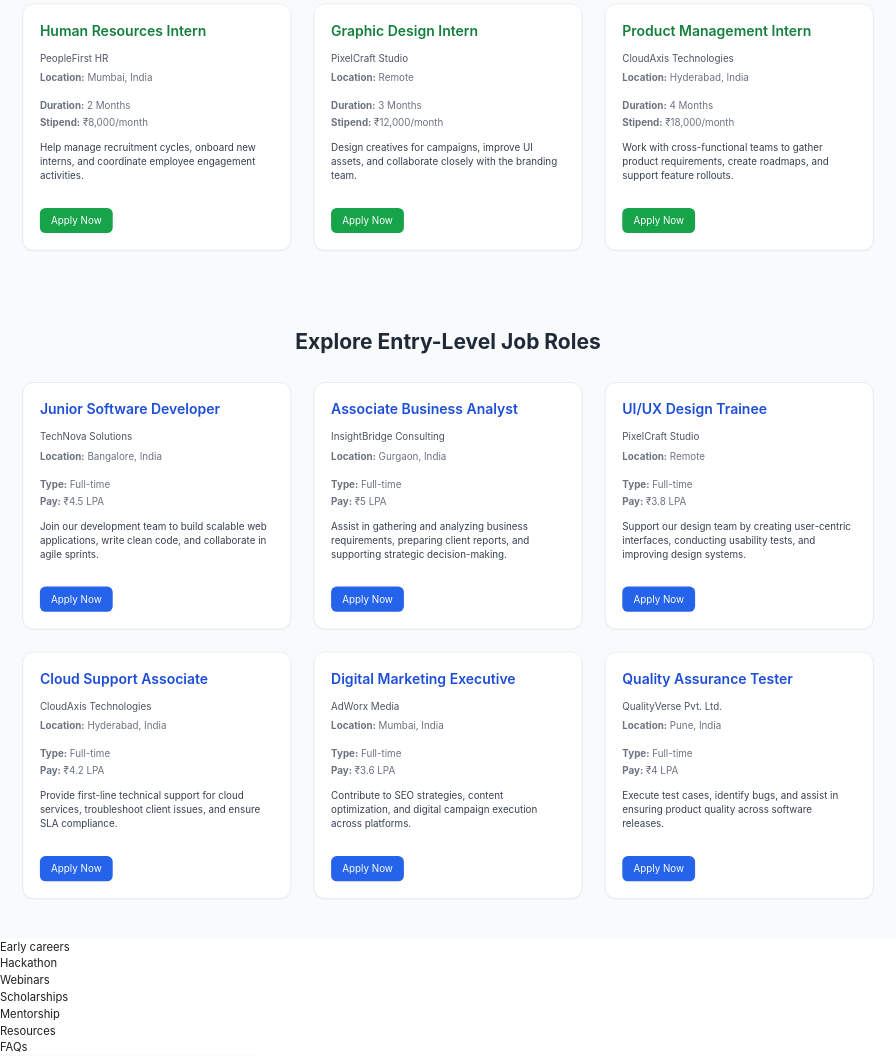
Repository: Siddharthkothiyal/GharPadhaaroCareerWebsite
Page: /students
The author's editor kept a copy of each file at every save. The page is drawn from the files as they stood at one save, then again after the next save.
The browser window is 1280 px wide. The pictures show the part of the page from y = 700 to 2620 px (the page is 2208 px tall before and 2620 px after), at 70% of full size.
The project was rebuilt for these pictures with package versions that can differ from the ones it lists, and the page was loaded fresh each time. Also part of the build but not shown: src/components/CareerPortal/JobListing/JobListings.css, src/components/CareerPortal/JobListing/JobListings.js, src/components/CareerPortal/Header.css, src/components/CareerPortal/ResumeUpload.css, src/components/CareerPortal/ResumeUpload.js, src/components/CareerPortal/Header.js, src/components/CareerPortal/JobListing/JobSearch.css, src/components/CareerPortal/JobListing/JobSearch.js and 10 more.

Above is the page before, as saved 2025-06-21 20:32:08.

### public/index.html
<!DOCTYPE html>
<html lang="en">

<head>
  <meta charset="utf-8" />
  <link rel="icon" href="%PUBLIC_URL%/favicon.ico" />
  <meta name="viewport" content="width=device-width, initial-scale=1" />
  <meta name="theme-color" content="#000000" />
  <meta name="description" content="GharPadharo - Find your perfect stay" />

  <!-- Font Awesome CDN (latest) -->
  <link rel="stylesheet" href="https://cdnjs.cloudflare.com/ajax/libs/font-awesome/6.5.2/css/all.min.css"
    integrity="sha512-SnH5WK+bZxgPHs44uWIX+LLJAJ9/2PkPKZ5QiAj6Ta86w+fsb2TkcmfRyVX3pBnMFcV7oQPJkl9QevSCWr3W6A=="
    crossorigin="anonymous" referrerpolicy="no-referrer" />

  <link rel="apple-touch-icon" href="%PUBLIC_URL%/logo192.png" />
  <title>GharPadharo</title>
</head>

<body>
  <noscript>You need to enable JavaScript to run this app.</noscript>
  <div id="root"></div>
  <!--
      This HTML file is a template.
      If you open it directly in the browser, you will see an empty page.

      You can add webfonts, meta tags, or analytics to this file.
      The build step will place the bundled scripts into the <body> tag.

      To begin the development, run `npm start` or `yarn start`.
      To create a production bundle, use `npm run build` or `yarn build`.
    -->
</body>

</html>

### src/index.css
@tailwind base;
@tailwind components;
@tailwind utilities;

/* You can keep your custom CSS below if needed */

body {
  margin: 0;
  font-family: -apple-system, BlinkMacSystemFont, 'Segoe UI', 'Roboto', 'Oxygen',
    'Ubuntu', 'Cantarell', 'Fira Sans', 'Droid Sans', 'Helvetica Neue',
    sans-serif;
  -webkit-font-smoothing: antialiased;
  -moz-osx-font-smoothing: grayscale;
}

code {
  font-family: source-code-pro, Menlo, Monaco, Consolas, 'Courier New',
    monospace;
}

### src/App.js
import React from 'react';

import { BrowserRouter as Router, Routes, Route } from 'react-router-dom';
import JobListings from './components/CareerPortal/JobListing/JobListings';

import './App.css';
import CareerPortal from './components/CareerPortal';
import Login from './components/Auth/Login';
import Signup from './components/Auth/Signup';
import LandingPage from './components/LandingPage/LandingPage';



import StudentsPage from './components/CareerPortal/StudentsPage/StudentsPage';

// import JobCategory from './components/CareerPortal/JobListing/JobCategory';
// import JobLocation from './components/CareerPortal/JobListing/JobLocation';



function App() {
  return (
    <Router>
      <div className="App">


        <Routes>
          <Route path="/" element={<LandingPage />} />
          <Route path="/careers" element={<CareerPortal />} />
          <Route path="/login" element={<Login />} />
          <Route path="/signup" element={<Signup />} />

          {/* <Route path="/jobs/:category" element={<JobCategory />} />
          <Route path="/jobs/location/:location" element={<JobLocation />} /> */}
          <Route path="/students" element={<StudentsPage />} />
          <Route path="/job-listings" element={<JobListings />} />




        </Routes>
      </div>
    </Router>
  );
}

export default App;

### src/components/CareerPortal/StudentsPage/StudentsPage.js
import React from "react";
import { Element } from "react-scroll";

import Internships from "./sections/Internships";
import FreshersJob from "./sections/FreshersJob";
import EarlyCareers from "./sections/EarlyCareers";
import Hackathon from "./sections/Hackathons";
import Webinars from "./sections/Webinars";
import Scholarships from "./sections/Scholarships";
import Mentorship from "./sections/Mentorship";
import Resources from "./sections/Resources";
import FAQs from "./sections/FAQs";

const StudentsPage = () => {
  return (
    <div className="bg-white">
      {/* Page Header */}
      <section className="bg-blue-700 text-white py-10">
        <div className="max-w-6xl mx-auto text-center px-4">
          <h1 className="text-4xl font-bold">Opportunities for Students</h1>
          <p className="mt-2 text-lg">
            Discover internships, job roles, and resources tailored for students.
          </p>
        </div>
      </section>

      {/* Internships */}
      <Element name="internships">
        <Internships />
      </Element>

      {/* Fresher Jobs */}
      <Element name="fresher-jobs">
        <FreshersJob />
      </Element>

      {/* Early Career Programs */}
      <Element name="early-careers">
        <EarlyCareers />
      </Element>

      {/* Hackathons */}
      <Element name="hackathons">
        <Hackathon />
      </Element>

      {/* Webinars */}
      <Element name="webinars">
        <Webinars />
      </Element>

      {/* Scholarships */}
      <Element name="scholarships">
        <Scholarships />
      </Element>

      {/* Mentorship */}
      <Element name="mentorship">
        <Mentorship />
      </Element>

      {/* Learning Resources */}
      <Element name="resources">
        <Resources />
      </Element>

      {/* FAQs */}
      <Element name="faqs">
        <FAQs />
      </Element>
    </div>
  );
};

export default StudentsPage;

### src/components/CareerPortal/CareerPortal.css
/* GharPadharo Career Portal Styles */
:root {
  --gharpadhaaro-blue: #0866ff;
  --gharpadhaaro-blue-dark: #0756d6;
  --gharpadhaaro-gray: #f0f2f5;
  --gharpadhaaro-text: #1c1e21;
  --gharpadhaaro-text-secondary: #65676b;
  --gharpadhaaro-white: #ffffff;
  --gharpadhaaro-border: #dadde1;
  --gharpadhaaro-success: #42b72a;
  --gharpadhaaro-error: #fa383e;
  --gharpadhaaro-shadow: rgba(0, 0, 0, 0.1);
  --gharpadhaaro-radius: 8px;
  --gharpadhaaro-transition: all 0.2s ease;
}

/* Global Styles */
.career-portal {
  font-family: 'Optimistic Display', -apple-system, BlinkMacSystemFont, 'Segoe UI', Roboto, Oxygen, Ubuntu, Cantarell, 'Open Sans', 'Helvetica Neue', sans-serif;
  color: var(--gharpadhaaro-text);
  line-height: 1.5;
  background-color: var(--gharpadhaaro-white);
}

.container {
  max-width: 1200px;
  margin: 0 auto;
  padding: 0 24px;
}

/* Hero Section */
.hero-section {
  background: linear-gradient(135deg, #0866ff 0%, #535699 100%);
  color: var(--meta-white);
  padding: 100px 0;
  text-align: center;
}

.hero-content {
  max-width: 800px;
  margin: 0 auto;
  padding: 0 24px;
}

.hero-content h1 {
  font-size: 48px;
  font-weight: 700;
  margin-bottom: 24px;
  line-height: 1.2;
}

.hero-content p {
  color: black;
  font-size: 20px;
  margin-bottom: 40px;
  margin-left: 70px;

}

/* Job Search Section */
.job-search-section {
  padding: 60px 0;
  background-color: var(--meta-white);
}

.filters-and-results {
  display: grid;
  grid-template-columns: 300px 1fr;
  gap: 30px;
}

/* Featured Teams Section */
.featured-teams-section {
  padding: 80px 0;
  background-color: var(--meta-gray);
}

.featured-teams-section h2 {
  font-size: 36px;
  font-weight: 700;
  margin-bottom: 16px;
  text-align: center;
}

.featured-teams-section p {
  font-size: 18px;
  color: var(--meta-text-secondary);
  max-width: 700px;
  margin: 0 auto 40px;
  text-align: center;
}

/* Buttons */
.btn {
  display: inline-flex;
  align-items: center;
  justify-content: center;
  padding: 12px 24px;
  border-radius: 0px;
  font-weight: 600;
  font-size: 16px;
  cursor: pointer;
  transition: var(--meta-transition);
  border: none;
}

.btn-primary {
  background-color: var(--meta-blue);
  color: var(--meta-white);
}

.btn-primary:hover {
  background-color: var(--meta-blue-dark);
}

.btn-secondary {
  background-color: var(--meta-gray);
  color: var(--meta-text);
  margin-left: 50px;
}

.btn-secondary:hover {
  background-color: #e4e6eb;
}

/* Form Elements */
.input-group {
  position: relative;
  margin-bottom: 16px;
}

.input-field {
  width: 100%;
  padding: 14px 16px;
  border-radius: var(--meta-radius);
  border: 1px solid var(--meta-border);
  font-size: 16px;
  transition: var(--meta-transition);
}

.input-field:focus {
  border-color: var(--meta-blue);
  outline: none;
  box-shadow: 0 0 0 2px rgba(8, 102, 255, 0.2);
}

/* Responsive */
@media (max-width: 992px) {
  .filters-and-results {
    grid-template-columns: 1fr;
  }

  .hero-content h1 {
    font-size: 36px;
  }

  .hero-content p {
    font-size: 18px;
  }
}

@media (max-width: 576px) {
  .hero-content h1 {
    font-size: 28px;
  }

  .hero-content p {
    font-size: 16px;
  }

  .featured-teams-section h2 {
    font-size: 28px;
  }
}

### src/components/Auth/Auth.css
/* Auth.css - Styles for Login and Signup components */

:root {
  --primary-color: #535699; /* GharPadharo blue */
  --secondary-color: #42B72A; /* GharPadharo green */
  --text-color: #1C1E21;
  --light-text: #606770;
  --error-color: #FA383E;
  --border-color: #DADDE1;
  --background-color: #F0F2F5;
  --card-background: #FFFFFF;
  --hover-color: #E7F3FF;
  --focus-shadow: 0 0 0 2px rgba(83, 86, 153, 0.2);
}

/* Auth Container */
.auth-container {
  display: flex;
  justify-content: center;
  align-items: center;
  min-height: 100vh;
  background-color: var(--background-color);
  padding: 20px;
}

/* Auth Card */
.auth-card {
  background-color: var(--card-background);
  border-radius: 8px;
  box-shadow: 0 2px 4px rgba(0, 0, 0, 0.1), 0 8px 16px rgba(0, 0, 0, 0.1);
  width: 100%;
  max-width: 400px;
  padding: 20px;
}

/* Auth Header */
.auth-header {
  text-align: center;
  margin-bottom: 20px;
}

.auth-logo {
  width: 40px;
  height: 40px;
  margin-bottom: 10px;
}

.auth-header h2 {
  font-size: 24px;
  font-weight: 600;
  color: var(--text-color);
  margin: 0;
}

.gharpadharo-logo{
  width: 60px;
  height: 60px;
}

/* Auth Form */
.auth-form {
  display: flex;
  flex-direction: column;
  gap: 16px;
}

.form-group {
  display: flex;
  flex-direction: column;
}

.form-group label {
  font-size: 14px;
  font-weight: 500;
  margin-bottom: 6px;
  color: var(--text-color);
}

.form-group input {
  padding: 12px 14px;
  border: 1px solid var(--border-color);
  border-radius: 6px;
  font-size: 16px;
  transition: border-color 0.2s, box-shadow 0.2s;
}

.form-group input:focus {
  outline: none;
  border-color: #535699;
  box-shadow: var(--focus-shadow);
}

.form-group input.error {
  border-color: var(--error-color);
}

.error-message {
  color: var(--error-color);
  font-size: 12px;
  margin-top: 4px;
}

/* Terms and Privacy */
.terms-privacy {
  font-size: 12px;
  color: 535699;
  margin-bottom: 10px;
  text-align: center;
}

.terms-privacy a {
  color: 535699;
  text-decoration: none;
}

.terms-privacy a:hover {
  text-decoration: underline;
}

/* Auth Button */
.auth-button {
  background-color: #535699;
  color: white;
  border: none;
  border-radius: 6px;
  padding: 12px;
  font-size: 16px;
  font-weight: 600;
  cursor: pointer;
  transition: background-color 0.2s;
  margin-top: 10px;
}

.auth-button:hover {
  background-color: #535699;
}

/* Auth Footer */
.auth-footer {
  margin-top: 20px;
  text-align: center;
}

.forgot-password {
  color: #535699;
  text-decoration: none;
  font-size: 14px;
  display: block;
  margin-bottom: 16px;
}

.forgot-password:hover {
  text-decoration: underline;
}

.auth-redirect {
  font-size: 14px;
  color: var(--light-text);
  margin: 0;
}

.auth-redirect a {
  color: #535699;
  text-decoration: none;
  font-weight: 500;
}

.auth-redirect a:hover {
  text-decoration: underline;
}

/* Responsive adjustments */
@media (max-width: 480px) {
  .auth-card {
    padding: 16px;
  }

  .auth-header h2 {
    font-size: 20px;
  }

  .form-group input {
    padding: 10px 12px;
    font-size: 14px;
  }

  .auth-button {
    padding: 10px;
    font-size: 14px;
  }
}

### src/components/LandingPage/LandingPage.css
/* LandingPage.css - Styles for the landing page */

:root {
  --primary-color: #535699; /* GharPadharo blue */
  --secondary-color: #42B72A; /* GharPadharo green */
  --text-color: #1C1E21;
  --light-text: #606770;
  --border-color: #DADDE1;
  --background-color: #F0F2F5;
  --card-background: #FFFFFF;
  --hover-color: #c8e4ff;
  --focus-shadow: 0 0 0 2px rgba(24, 119, 242, 0.2);
  --border-color: #blue;
  --background-color: #535699;
  --card-background: white;
  --hover-color: #E7F3FF;
  --focus-shadow: 0 0 0 2px rgba(83, 86, 153, 0.2);
}
/* General Styles */
.landing-page {
  font-family: 'Segoe UI', 'Helvetica Neue', sans-serif;
  color: var(--text-color);
  line-height: 1.5;
}

.container {
  max-width: 1200px;
  margin: 0 auto;
  padding: 0 20px;
}

section {
  padding: 60px 0;
}

h1, h2, h3, h4 {
  margin-top: 0;
  font-weight: 600;
}

h1 {
  font-size: 3rem;
  line-height: 1.2;
  margin-bottom: 20px;
}

h2 {
  font-size: 2.25rem;
  margin-bottom: 30px;
  text-align: center;
}

h3 {
  font-size: 1.5rem;
  margin-bottom: 15px;
}

p {
  margin-bottom: 20px;
}

.btn {
  display: inline-block;
  padding: 12px 24px;
  border-radius: 6px;
  font-weight: 600;
  text-decoration: none;
  text-align: center;
  cursor: pointer;
  transition: all 0.2s ease;
  margin-right: 12px;
  margin-bottom: 12px;
}

.btn-primary {
  background-color:  #0CAFFF;
  color: white;
  border: none;
}

.btn-primary:hover {
  background-color: whitesmoke;
  color: black;
}

.btn-secondary {
  background-color: var(--secondary-color);
  color: white;
  border: none;
}

.btn-secondary:hover {
  background-color: whitesmoke;
  color: black;
}

.btn-outline {
  background-color: white;
  color: black;
  border: white;
}

.btn-outline:hover {
  background-color: #0CAFFF;
  color: black;
}

/* Hero Section */
.hero {
  background-color: var(--background-color);
  padding: 80px 0;
}

.hero .container {
  display: flex;
  align-items: center;
  justify-content: space-between;
  gap: 40px;
}

.hero-content {
  flex: 1;
}

.hero-content p {
  font-size: 1.25rem;
  color: 535699;
  margin-bottom: 30px;
  max-width: 900px;
  margin-left: 8.5px;
}

.hero-buttons {
  display: flex;
  flex-wrap: wrap;
}

.hero-image {
  flex: 1;
  display: flex;
  justify-content: center;
  align-items: center;
}

.image-placeholder {
  background-color: 535699;
  border-radius: 12px;
  padding: 20px;
  display: flex;
  justify-content: center;
  align-items: center;
}


/* Features Section */
.features {
  background-color: white;
}

.features-grid {
  display: grid;
  grid-template-columns: repeat(auto-fit, minmax(250px, 1fr));
  gap: 30px;
  margin-top: 40px;
}

.feature-card {
  background-color: var(--card-background);
  border-radius: 12px;
  padding: 30px;
  box-shadow: 0 2px 4px rgba(0, 0, 0, 0.05);
  transition: transform 0.3s ease, box-shadow 0.3s ease;
}

.feature-card:hover {
  transform: scale(1.05);
  box-shadow: 0 10px 20px rgba(0, 0, 0, 0.1);
}

.feature-icon {
  margin-bottom: 20px;
}

.feature-card h3 {
  color: var(--text-color);
}

.feature-card p {
  color: var(--light-text);
  margin-bottom: 0;
}

/* Teams Section */
.teams-section {
  background-color: var(--background-color);
}

.section-description {
  text-align: center;
  max-width: 700px;
  margin: 0 auto 40px;
  color:white;
  font-size: 1.1rem;
}

.teams-carousel {
  display: grid;
  grid-template-columns: repeat(auto-fit, minmax(250px, 1fr));
  gap: 20px;
  margin-top: 30px;
}

.team-item {
  background-color: white;
  border-radius: 8px;
  padding: 25px;
  box-shadow: 0 2px 4px rgba(0, 0, 0, 0.05);
  transition: transform 0.3s ease;
}

.team-item:hover {
  transform: translateY(-5px);
}

.team-item h3 {
  color: var(--primary-color);
  margin-bottom: 10px;
}

.team-item p {
  color: var(--light-text);
  margin-bottom: 15px;
}

.team-link {
  color: var(--primary-color);
  text-decoration: none;
  font-weight: 600;
  display: inline-flex;
  align-items: center;
}

.team-link span {
  margin-left: 5px;
  transition: transform 0.2s ease;
}

.team-link:hover span {
  transform: translateX(3px);
}

/* Testimonials Section */
.testimonials {
  background-color: white;
}

.testimonial-card {
  max-width: 800px;
  margin: 0 auto;
  background-color: var(--card-background);
  border-radius: 12px;
  padding: 40px;
  box-shadow: 0 4px 12px rgba(0, 0, 0, 0.08);
  position: relative;
}

.quote-mark {
  font-size: 60px;
  color: var(--primary-color);
  opacity: 0.2;
  position: absolute;
  top: 20px;
  left: 20px;
  line-height: 1;
}

.testimonial-text {
  font-size: 1.25rem;
  line-height: 1.6;
  margin-bottom: 30px;
  position: relative;
  z-index: 1;
}

.testimonial-author {
  display: flex;
  align-items: center;
}

.author-avatar {
  width: 50px;
  height: 50px;
  border-radius: 50%;
  background-color: var(--primary-color);
  margin-right: 15px;
}

.author-info h4 {
  margin: 0;
  font-size: 1.1rem;
}

.author-info p {
  margin: 5px 0 0;
  color: var(--light-text);
  font-size: 0.9rem;
}

/* CTA Section */
.cta-section {
  background-color: var(--primary-color);
  color: white;
  text-align: center;
  padding: 80px 0;
}

.cta-section h2 {
  color: white;
  margin-bottom: 15px;
}

.cta-section p {
  color: rgba(255, 255, 255, 0.9);
  font-size: 1.2rem;
  margin-bottom: 30px;
  max-width: 700px;
  margin-left: auto;
  margin-right: auto;
}

.cta-buttons {
  display: flex;
  justify-content: center;
  flex-wrap: wrap;
  gap: 15px;
}

.cta-section .btn-primary {
  background-color: #42B72A;
  color:black;
}

.cta-section .btn-primary:hover {
  background-color: #f5f5f5;
}

.cta-section .btn-secondary {
  background-color: transparent;
  color: white;
  border: 1px solid white;
}

.cta-section .btn-secondary:hover {
  background-color: rgba(255, 255, 255, 0.1);
}

/* Responsive Styles */
@media (max-width: 992px) {
  h1 {
    font-size: 2.5rem;
  }

  h2 {
    font-size: 2rem;
  }

  .hero .container {
    flex-direction: column;
  }

  .hero-content, .hero-image {
    flex: none;
    width: 100%;
    text-align: center;
  }

  .hero-content p {
    margin-left: auto;
    margin-right: auto;
  }

  .hero-buttons {
    justify-content: center;
  }
}

@media (max-width: 768px) {
  section {
    padding: 40px 0;
  }

  h1 {
    font-size: 2rem;
  }

  h2 {
    font-size: 1.75rem;
  }

  .features-grid, .teams-carousel {
    grid-template-columns: 1fr;
  }

  .testimonial-card {
    padding: 30px 20px;
  }

  .testimonial-text {
    font-size: 1.1rem;
  }
}

### src/components/CareerPortal/StudentsPage/sections/EarlyCareers.js
import React from 'react';
function EarlyCareers() {
    return (
        <div>Early careers</div>
     );
}

export default EarlyCareers;

### src/components/CareerPortal/StudentsPage/sections/Hackathons.js
import React from 'react';
function Hackathons() {
    return (
        <div>
            Hackathon
        </div>
     );
}

export default Hackathons;

### src/components/CareerPortal/StudentsPage/sections/Webinars.js
import React from 'react';
function Webinars() {
    return (
        <div>Webinars</div>
     );
}

export default Webinars;

### src/components/CareerPortal/StudentsPage/sections/Scholarships.js
import React from 'react';
function Scholarships() {
    return (
        <div>
            Scholarships
        </div>
     );
}

export default Scholarships;

### src/components/CareerPortal/StudentsPage/sections/Mentorship.js
import React from 'react';
function Mentorship() {
    return (
        <div>
            Mentorship
        </div>
     );
}

export default Mentorship;

### src/components/CareerPortal/StudentsPage/sections/Resources.js
import React from 'react';
function Resources() {
    return (
        <div>Resources</div>
     );
}

export default Resources;

### src/components/CareerPortal/StudentsPage/sections/FAQs.js
import React from 'react';
function FAQs() {
    return (
        <div>  FAQs</div>
     );
}

export default FAQs;

Loaded but not shown: src/index.js (common file); src/reportWebVitals.js (common file); src/App.css (common file); tailwind.config.js (common file); src/components/CareerPortal/StudentsPage/sections/Internships.js (102 lines, source omitted); src/components/CareerPortal/StudentsPage/sections/FreshersJob.js (102 lines, source omitted)

After the next save:
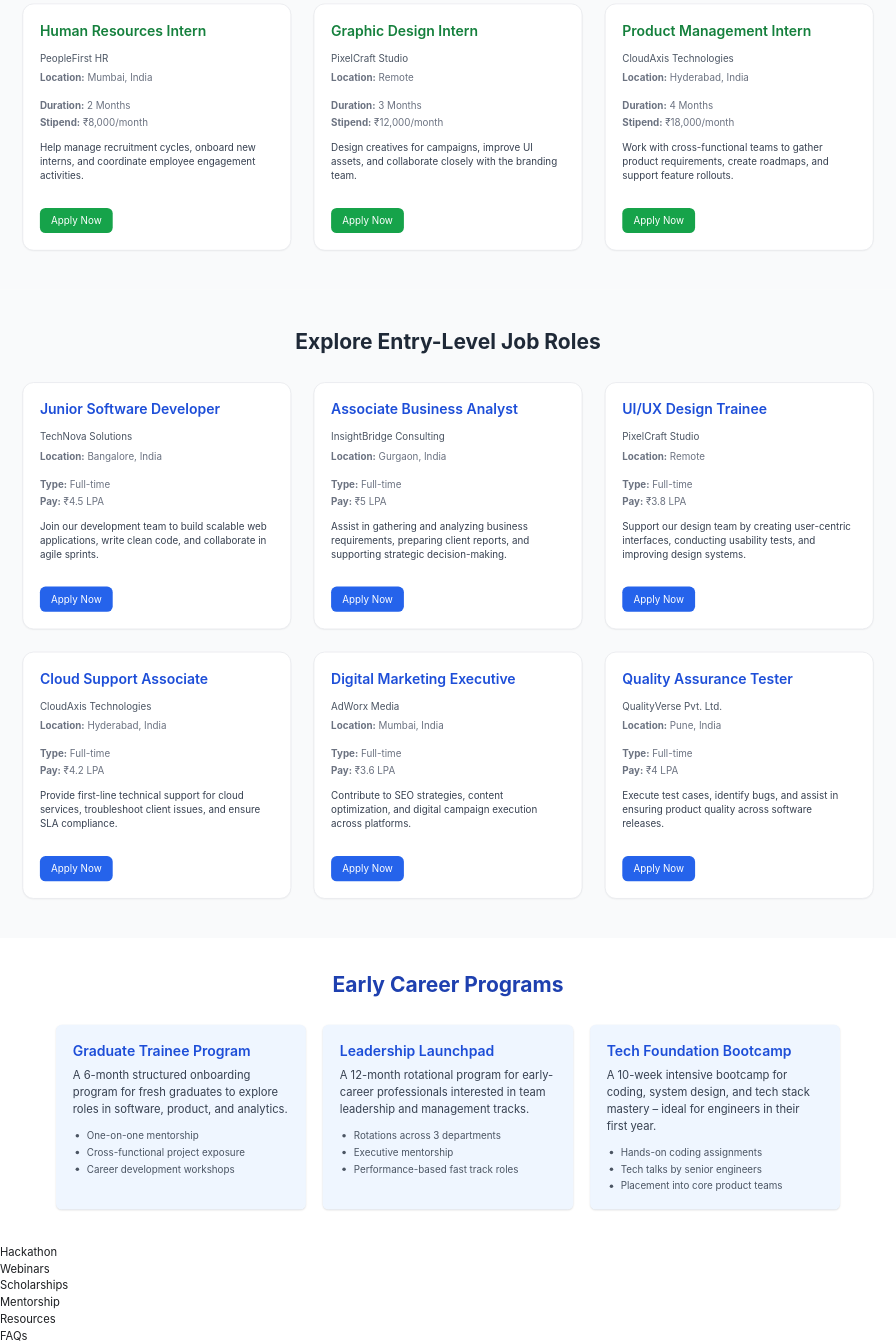
Saved 95 s later.
--- a/src/components/CareerPortal/StudentsPage/sections/EarlyCareers.js
+++ b/src/components/CareerPortal/StudentsPage/sections/EarlyCareers.js
@@ -1,8 +1,62 @@
-import React from 'react';
-function EarlyCareers() {
-    return (
-        <div>Early careers</div>
-     );
-}
+import React from "react";
+
+const EarlyCareers = () => {
+  return (
+    <section className="py-12 bg-white">
+      <div className="max-w-6xl mx-auto px-4">
+        <h2 className="text-3xl font-bold text-center text-blue-800 mb-10">
+          Early Career Programs
+        </h2>
+
+        <div className="grid md:grid-cols-3 gap-6">
+          {/* Card 1 */}
+          <div className="bg-blue-50 rounded-lg shadow p-6 hover:shadow-lg transition">
+            <h3 className="text-xl font-semibold text-blue-700 mb-2">
+              Graduate Trainee Program
+            </h3>
+            <p className="text-gray-700 mb-4">
+              A 6-month structured onboarding program for fresh graduates to explore roles in software, product, and analytics.
+            </p>
+            <ul className="text-sm text-gray-600 list-disc pl-5 space-y-1">
+              <li>One-on-one mentorship</li>
+              <li>Cross-functional project exposure</li>
+              <li>Career development workshops</li>
+            </ul>
+          </div>
+
+          {/* Card 2 */}
+          <div className="bg-blue-50 rounded-lg shadow p-6 hover:shadow-lg transition">
+            <h3 className="text-xl font-semibold text-blue-700 mb-2">
+              Leadership Launchpad
+            </h3>
+            <p className="text-gray-700 mb-4">
+              A 12-month rotational program for early-career professionals interested in team leadership and management tracks.
+            </p>
+            <ul className="text-sm text-gray-600 list-disc pl-5 space-y-1">
+              <li>Rotations across 3 departments</li>
+              <li>Executive mentorship</li>
+              <li>Performance-based fast track roles</li>
+            </ul>
+          </div>
+
+          {/* Card 3 */}
+          <div className="bg-blue-50 rounded-lg shadow p-6 hover:shadow-lg transition">
+            <h3 className="text-xl font-semibold text-blue-700 mb-2">
+              Tech Foundation Bootcamp
+            </h3>
+            <p className="text-gray-700 mb-4">
+              A 10-week intensive bootcamp for coding, system design, and tech stack mastery – ideal for engineers in their first year.
+            </p>
+            <ul className="text-sm text-gray-600 list-disc pl-5 space-y-1">
+              <li>Hands-on coding assignments</li>
+              <li>Tech talks by senior engineers</li>
+              <li>Placement into core product teams</li>
+            </ul>
+          </div>
+        </div>
+      </div>
+    </section>
+  );
+};
 
 export default EarlyCareers;
